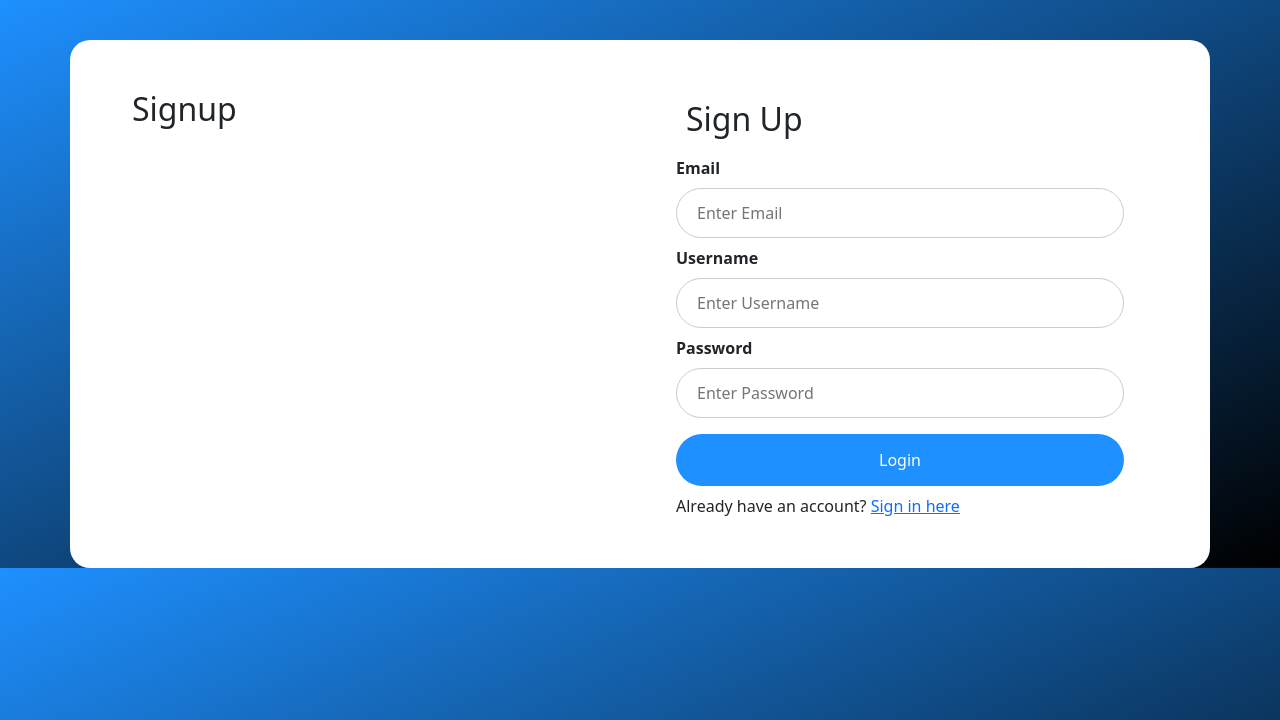
Repository: Sadia-Naveed-Shaikh/JavaScript-Website
Page: SignUp.html
These files come from the project's save history. The page is drawn as it stood at one moment and after the next save; the edit follows.
The browser window is 1280 px wide. The pictures show the whole page.

Above is the page before, as saved 2021-10-27 15:36:29.

### SignUp.html
<!DOCTYPE html>
<html>

<head>
    <meta charset="utf-8">
    <meta name="viewport" content="width=device-width, initial-scale=1.0">
    <title>Signup</title>
    <link href="https://cdn.jsdelivr.net/npm/bootstrap@5.1.3/dist/css/bootstrap.min.css" rel="stylesheet"
        integrity="sha384-1BmE4kWBq78iYhFldvKuhfTAU6auU8tT94WrHftjDbrCEXSU1oBoqyl2QvZ6jIW3" crossorigin="anonymous">
    <!-- <link rel="stylesheet" href="assets/css/style.css"> -->


    <style>
        body {
            /* background-color: #20b2aa; */
              background-image: linear-gradient(to bottom right, dodgerblue, black);
        }

        .SignupContainer {
            position: absolute;
            width: 800px;
            height: 500px;
            left: 300px;
            top: 50px;
            background-color: white;
            border-radius: 20px;
            border-top-left-radius: 100px;
            border-bottom-right-radius: 100px;
        }

        .loginImg {
            /* top: 300px;
            left: 50px;
            border-top-left-radius: 20px; */
        }

        input[type=text],
        input[type=password] {
            width: 100%;
            padding: 12px 20px;
            margin: 8px 0;
            display: inline-block;
            border: 1px solid #ccc;
            box-sizing: border-box;
            border-radius: 30px;
        }

        button {
            background-color:dodgerblue;
            color: white;
            padding: 14px 20px;
            margin: 8px 0;
            border: none;
            cursor: pointer;
            width: 100%;
            border-radius: 30px;
        }

        button:hover {
            opacity: 0.8;
        }

        .row{
            background-color: white;
            border-radius: 20px;
            padding: 50px;
            margin-top:40px;
        }
    </style>
</head>

<body>
    <div class="container" >
            <div class=row>
                <div class="col-sm-6" >
<h2>Signup</h2>

                </div>

                <div class="col-sm-6">
                    <form action="/action_page.php" method="post">
                        <div class="container">
                            <h2 style="padding:10px; justify-content:center; align-items:center">Sign Up</h2>
                            <label for="email"><b>Email</b></label>
                            <input type="text" placeholder="Enter Email" name="email" required>
                            <label for="uname"><b>Username</b></label>
                            <input type="text" placeholder="Enter Username" name="uname" required>
                            <label for="psw"><b>Password</b></label>
                            <input type="password" placeholder="Enter Password" name="psw" required>
                            <button type="submit">Login</button>
                            <label>
                                Already have an account? <a href="login.html">Sign in here</a>

                            </label>
                        </div>
                    </form>


                </div>

        </div>
    </div>
</body>

</html>

After the next save:
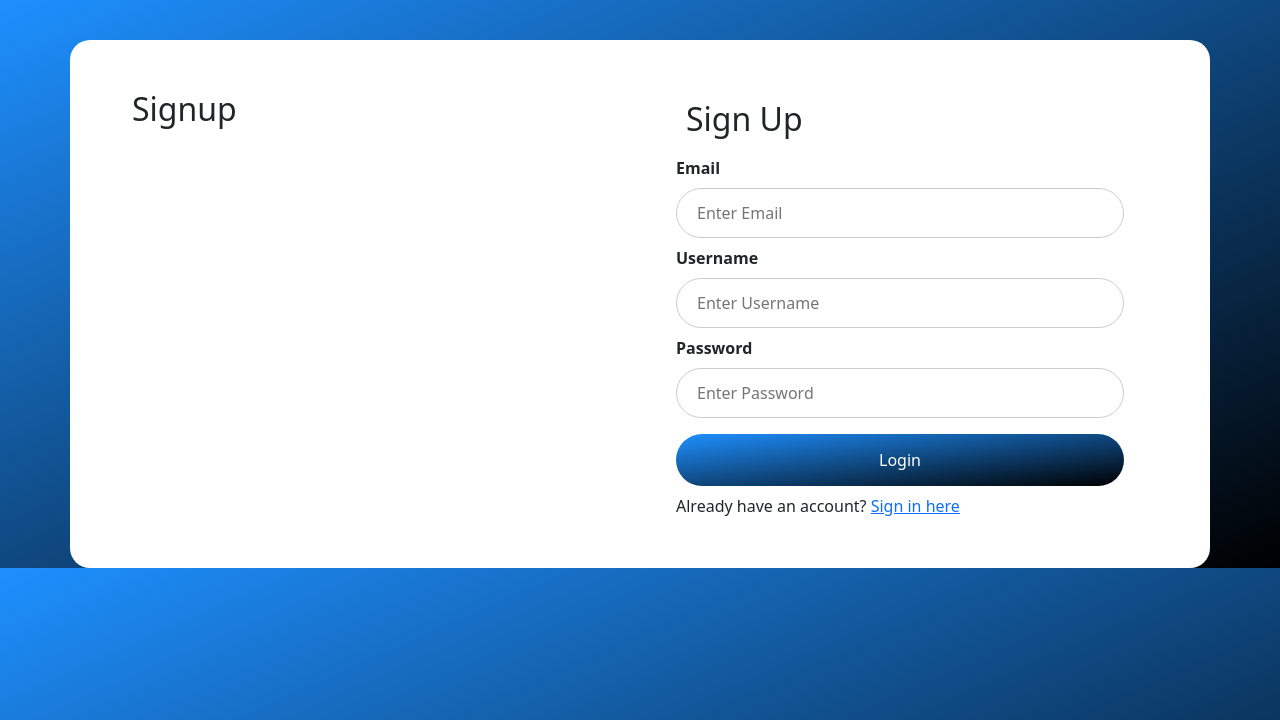
Saved 25 s later.
--- a/SignUp.html
+++ b/SignUp.html
@@ -46,7 +46,7 @@
         }
 
         button {
-            background-color:dodgerblue;
+            background-image: linear-gradient(to bottom right, dodgerblue, black);
             color: white;
             padding: 14px 20px;
             margin: 8px 0;
